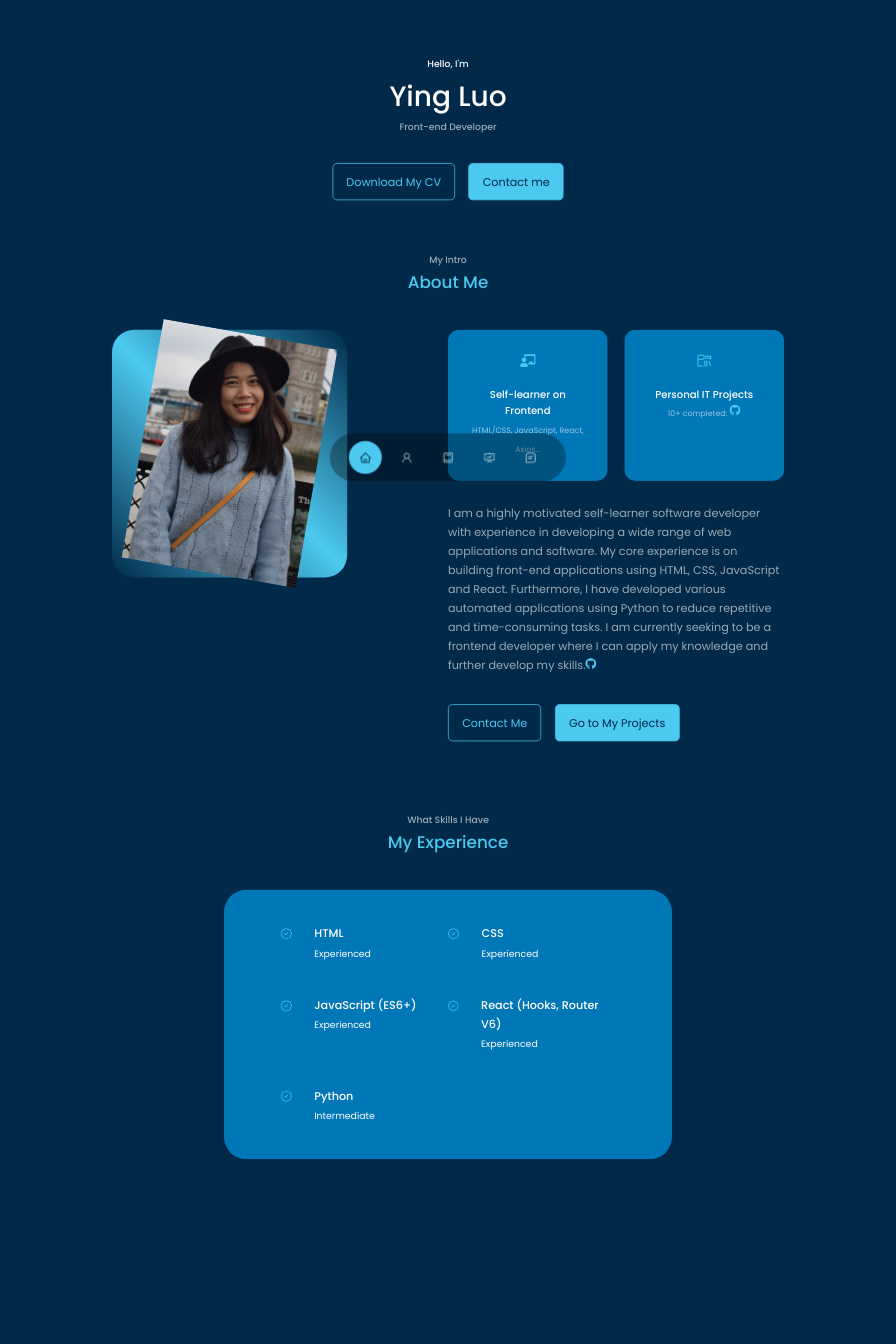
Repository: yingluo1020/react-portfolio-website
Page: /
An editor plug-in stored every save of this project. The page is shown before and after the next save, followed by the edit.
The browser window is 1280 px wide. The pictures show the part of the page from y = 0 to 1920 px (the page is 4241 px tall), at 70% of full size.
The project was rebuilt for these pictures with package versions that can differ from the ones it lists, and the page was loaded fresh each time. Imported but missing from the stored project, and not drawn on this page: src/assets/YingLuo_resume.pdf.

Above is the page before, as saved 2022-03-16 16:16:46.

### src/index.css
@import url('https://fonts.googleapis.com/css2?family=Poppins:wght@300;400;500;600&display=swap');

* {
 margin: 0;
 padding: 0;
 border: 0;
 outline: 0;
 box-sizing: border-box;
 list-style: none;
 text-decoration: none;
}

:root {
    --color-bg:#012a4a;
    --color-bg-variant:#0077b6;
    --color-primary:#4cc9f0;
    --color-primary-variant:rgba(77,181,255,0.4);
    --color-white:#fff;
    --color-light:rgba(255,255,255,0.6);

    --transition:all 400ms ease;

    --container-width-lg:75%;
    --container-width-md:86%;
    --container-width-sm:90%;
}

html {
    scroll-behavior:smooth;
}

::-webkit-scrollbar {
    display: none;
}

body {
    font-family: 'Poppins', sans-serif;
    background: var(--color-bg);
    color:var(--color-white);
    line-height:1.7;
}

/* general styles */
.container {
    width:var(--container-width-lg);
    margin: 0 auto;
}

h1,
h2,
h3,
h4,
h5 {
    font-weight: 500;
}

h1 {
    font-size: 2.5rem;
}

section {
    margin-bottom: 5rem;
    min-height: 100vh;
}

section > h2, section > h5 {
    text-align: center;
    color: var(--color-light);
}

section > h2 {
    color: var(--color-primary);
    margin-bottom: 3rem;
}

.text-light {
    color: var(--color-light);
}

a {
    color: var(--color-primary);
    transition: var(--transition);
}

a:hover {
    color: var(--color-white);
}

.btn {
    width: max-content;
    display: inline-block;
    color: var(--color-primary);
    padding: 0.75rem 1.2rem;
    border-radius:0.4rem;
    cursor: pointer;
    border: 1px solid var(--color-primary);
    transition: var(--transition);
}

.btn:hover{
    background: var(--color-white);
    color: var(--color-bg);
    border-color: transparent;
}

.btn-primary {
    background: var(--color-primary);
    color: var(--color-bg);
}

img{
    display: block;
    width: 100%;
    object-fit: cover;
}

/* media queries(medium devices)*/
@media screen and (max-width:1024px) {
    .container {
        width: var(--container-width-sm);
    }

    section> h2 {
        margin-bottom: 2rem;
    }
}

### src/components/header/Header.js
import React from 'react'
import './header.css';
import CV from '../../assets/YingLuo_resume.pdf'


function Header() {
    return (
        <header>
            <div className="container header_container">
                <h5>Hello, I'm</h5>
                <h1>Ying Luo</h1>
                <h5 className="text-light">Front-end Developer</h5>

                <div className='cta'>
                    <a href={CV} download className='btn'>Download My CV</a>
                    <a href="#contact" className='btn btn-primary'>Contact me</a>
                </div>
            </div>
        </header>
    )
}

export default Header

### src/components/nav/Nav.js
import React, { useState } from 'react'
import './nav.css'
import { AiOutlineHome, } from 'react-icons/ai'
import { AiOutlineUser } from 'react-icons/ai'
import { BiBook } from 'react-icons/bi'
import { AiOutlineFundProjectionScreen } from 'react-icons/ai'
import { BiMessageSquareDetail } from 'react-icons/bi'


function Nav() {
    const [activeNav, setActiveNav] = useState('#')
    return (
        <nav>
            <a href="#" onClick={() => setActiveNav('#')} className={activeNav === '#' ? 'active' : ''}><AiOutlineHome /></a>
            <a href="#about" onClick={() => setActiveNav('#about')} className={activeNav === '#about' ? 'active' : ''}><AiOutlineUser /></a>
            <a href="#experience" onClick={() => setActiveNav('#experience')} className={activeNav === '#experience' ? 'active' : ''}><BiBook /></a>
            <a href="#portfolio" onClick={() => setActiveNav('#services')} className={activeNav === '#services' ? 'active' : ''}><AiOutlineFundProjectionScreen /></a>
            <a href="#contact" onClick={() => setActiveNav('#contact')} className={activeNav === '#contact' ? 'active' : ''}><BiMessageSquareDetail /></a>
        </nav>
    )
}

export default Nav

### src/components/about/About.js
import React from 'react'
import avatar from '../../assets/avatar.JPG'
import { FaChalkboardTeacher } from 'react-icons/fa'
import { VscFolderLibrary } from 'react-icons/vsc'
import { FaGithub } from 'react-icons/fa';
import './about.css';

function About() {
    return (
        <section id='about'>
            <h5>My Intro</h5>
            <h2>About Me</h2>

            <div className="container about_container">
                <div className="about_me">
                    <div className="about_image">
                        <img src={avatar} alt="About Image" />
                    </div>
                </div>

                <div className="about_content">
                    <div className="about_cards">
                        <article className="about_card">
                            <FaChalkboardTeacher className='about_icon' />
                            <h5> Self-learner on Frontend </h5>
                            <small>HTML/CSS, JavaScript, React, Axios...</small>
                        </article>

                        <article className="about_card">
                            <VscFolderLibrary className='about_icon' />
                            <h5>Personal IT Projects </h5>
                            <small>10+ completed:  </small>
                            <a href="https://github.com/yingluo1020" target="_blank"><FaGithub /></a>
                        </article>
                    </div>

                    <p>I am a highly motivated self-learner software developer with experience in developing a wide range of web applications and software. My core experience is on building front-end applications using HTML, CSS, JavaScript and React. Furthermore, I have developed various automated applications using Python to reduce repetitive and time-consuming tasks. I am currently seeking to be a frontend developer where I can apply my knowledge and further develop my skills.
                        <a href="https://github.com/yingluo1020" target="_blank"><FaGithub /></a>
                    </p>
                    <div className="about_btn">
                        <a href="#contact" className="btn btn">Contact Me</a>
                        <a href="#portfolio" target="_blank" className="btn btn-primary">Go to My Projects</a>
                    </div>

                </div>
            </div>
        </section>
    )
}

export default About

### src/components/experience/Experience.js
import React from 'react'
import './experience.css';
import { BsPatchCheck } from 'react-icons/bs'


function Experience() {
    return (
        <section id='experience'>
            <h5>What Skills I Have</h5>
            <h2>My Experience</h2>

            <div className="container experience_container">
                <article className='experience_details'>
                    <BsPatchCheck className='experience_details-icon' />
                    <div>
                        <h4>HTML</h4>
                        <small className='text_light'>Experienced</small>
                    </div>
                </article>

                <article className='experience_details'>
                    <BsPatchCheck className='experience_details-icon' />
                    <div>
                        <h4>CSS</h4>
                        <small className='text_light'>Experienced</small>
                    </div>
                </article>

                <article className='experience_details'>
                    <BsPatchCheck className='experience_details-icon' />
                    <div>
                        <h4>JavaScript (ES6+)</h4>
                        <small className='text_light'>Experienced</small>
                    </div>
                </article>
                <article className='experience_details'>
                    <BsPatchCheck className='experience_details-icon' />
                    <div>
                        <h4>React (Hooks, Router V6) </h4>
                        <small className='text_light'>Experienced</small>
                    </div>
                </article>

                <article className='experience_details'>
                    <BsPatchCheck className='experience_details-icon' />
                    <div>
                        <h4>Python</h4>
                        <small className='text_light'>Intermediate</small>
                    </div>
                </article>
            </div>

        </section>
    )
}

export default Experience

### src/components/contact/Contact.js
import React, { useRef } from 'react'
import './contact.css'
import { MdOutlineEmail } from 'react-icons/md'
import { RiMessengerLine } from 'react-icons/ri'
import { BsWhatsapp } from 'react-icons/bs'
import emailjs from '@emailjs/browser';


function Contact() {
    const form = useRef();

    const sendEmail = (e) => {
        e.preventDefault();

        emailjs.sendForm('service_s6sapzl', 'template_utnko3u', form.current, 'user_Ak4JS85QR5w9GZLqKm3hY')

        alert(`I'll will reply you ASAP :)`)
        e.target.reset()
    };

    return (
        <section id="contact">
            <h5>Get In Touch</h5>
            <h2>Contact Me</h2>

            <div className="container contact_container">
                <div className="contact_options">
                    <article className='contact_option'>
                        <MdOutlineEmail className='contact_option-icon' />
                        <h4>Email</h4>
                        <h5>yingluo1020@gmail.com</h5>
                        <a href="mailto:yingluo1020@gmail.com" target='_blank'>Send a message</a>
                    </article>

                    <article className='contact_option'>
                        <RiMessengerLine className='contact_option-icon' />
                        <h4>Messenger</h4>
                        <h5>Ying Luo</h5>
                        <a href="https://m.me/yng.luo" target='_blank'>Send a message</a>
                    </article>

                    <article className='contact_option'>
                        <BsWhatsapp className='contact_option-icon' />
                        <h4>WhatsApp</h4>
                        <h5>+44 7407171383</h5>
                        <a href="https://api.whatsapp.com/send?phone+447407171383" target='_blank'>Send a message</a>
                    </article>
                </div>
                {/* End of contact options */}
                <form action="" ref={form} onSubmit={sendEmail}>
                    <input type="text" name='name' placeholder='Your Name' required />
                    <input type="email" name='email' placeholder='Your Email' required />
                    <textarea type="text" name='name' placeholder='Your Message' required ></textarea>
                    <button type="submit" className="btn btn-primary">Send a message</button>
                </form>

            </div>
        </section>

    )
}

export default Contact

### src/components/footer/Footer.js
import React from 'react'
import './footer.css'
import { BsLinkedin } from 'react-icons/bs';
import { FaGithub } from 'react-icons/fa';
import { FiDribbble } from 'react-icons/fi';


function Footer() {
    return (
        <footer>
            <a href="https://github.com/yingluo1020" target="_blank" className='footer_logo'><FaGithub /> Ying Luo</a>
            <ul className='permalinks'>
                <li><a href="#">Home</a></li>
                <li><a href="#about">About</a></li>
                <li><a href="#experience">Experience</a></li>
                <li><a href="#portfolio">Portfolio</a></li>
                <li><a href="#contact">Contact</a></li>
            </ul>

            <div className="footer_copyright">
                <small>&copy; All rights reserved by Ying Luo.</small>
            </div>
        </footer>
    )
}

export default Footer

### src/components/header/header.css
header {
    height: 50vh;
    padding-top: 5rem;
    overflow: hidden;
}

.header_container {
    text-align: center;
    height: 100%;
    position: relative;
}

.cta {
    margin: 2.5rem auto;
    display: flex;
    gap:1.2rem;
    justify-content: center;
}

.avatar {
    background: linear-gradient(var(--color-primary),transparent) ;
    width: 22rem;
    height: 30rem;
    position: absolute;
    left: calc(50% - 11rem);
    border-radius: 12rem 12rem 0 0 ;
    overflow: hidden;
    padding: 5rem 1.5rem 1.5rem 1.5rem;
}


/* media queries(medium devices)*/
@media screen and (max-width:1024px) {
    header {
        height: 68vh;
    }
}

/* media queries(small devices)*/
@media screen and (max-width:600px) {
   header {
       height: 100vh;
   }
}

### src/components/nav/nav.css
nav {
    background: rgba(0, 0, 0, 0.3);
    width: max-content;
    display: block;
    padding:0.7rem 1.7rem;
    z-index: 2;
    position: fixed;
    left: 50%;
    transform: translateX(-50%);
    bottom: 2rem;
    display: flex;
    gap: 0.8rem;
    border-radius: 3rem;
    /* backdrop-filter: blur(15px); */
}

nav a {
    background: transparent;
    padding: 0.9rem;
    border-radius:50% ;
    display: flex;
    color: var(--color-light);
    font-size: 1.1rem;
}

nav a:hover{
    background: rgba(0, 0, 0, 0.3);
}

nav a.active {
    background: var(--color-primary);
    color: var(--color-bg);
}

### src/components/about/about.css
.about_container {
    display: grid;
    grid-template-columns: 35% 50%;
    gap: 15%;
}

.about_me{
    width: 100%;
    aspect-ratio: 0.95/1;
    border-radius: 2rem;
    background: linear-gradient(45deg,transparent,var( --color-primary),transparent);
    display: grid;
    place-items: center;
}

.about_image {
    border-radius: 2rem;
    overflow: hidden;
    transform: rotate(10deg);
    transition: var(--transition);
}

.about_image:hover{
    transform: rotate(0);
}

.about_image img {
    width: 75%;
    margin: 0 auto;
}
.about_cards {
    display: grid;
    grid-template-columns: repeat(2,1fr);
    gap: 1.5rem;
}

.about_card {
    background: var(--color-bg-variant);
    border:1px solid transparent ;
    border-radius: 1rem;
    padding: 2rem;
    text-align: center;
    transition: var(--transition);
}

.about_card:hover {
    background:transparent;
    border-color:var(--color-primary-variant) ;
    cursor: default;
}

.about_icon {
    color: var(--color-primary);
    font-size: 1.4rem;
    margin-bottom: 1rem;
}

.about_card h5 {
    font-size: 0.9rem;
}

.about_card small {
    font-size: 0.7rem;
    color: var(--color-light);
}
.about_content{
    height: fit-content;
}
.about_content p {
    margin: 2rem 0 2.6rem;
    color: var(--color-light);
}

.about_content .about_btn {
    display: flex;
    gap:1.2rem;
}

/* media queries(medium devices)*/
@media screen and (max-width:1024px) {
    .about_container {
        grid-template-columns: 1fr ;
        gap:0;
    }

    .about_me{
        width: 50%;
        margin: 2rem auto 4rem;
    }

    .about_content p {
        margin: 1rem 0 1.5rem;
    }
}

/* media queries(small devices)*/
@media screen and (max-width:600px) {
    .about_me{
        width: 65%;
        margin: 0 auto 3rem;
    }

    .about_cards {
        grid-template-columns: 1fr 1fr;
        gap: 1rem;
    }

    .about_content {
        text-align: center;
    }

    .about_content p {
        margin: 1.5rem 0.5rem;
    }
}

### src/components/experience/experience.css

.experience_container{
    width: 50%;
    display: grid;
    grid-template-columns: 1fr 1fr;
    justify-items:  stretch;
    row-gap: 3rem ;
    background: var(--color-bg-variant);
    padding: 3rem 5rem;
    border-radius: 2rem;
    border: 1px solid transparent;
    transition: var(--transition);
}


.experience_container:hover{
    background: transparent;
    border-color: var(--color-primary-variant);
    cursor: default;
}


.experience_details {
    display: flex;
    gap: 2rem;
}

.experience_details-icon{
    margin-top: 6px;
    color: var(--color-primary);
}

/* media queries(medium devices)*/
@media screen and (max-width:1024px) {
    .experience_container  {
        width: 80%;
        padding: 2rem;
        margin: 0 auto;
    }

}

/* media queries(small devices)*/
@media screen and (max-width:600px) {
    .experience_container{
        width: 100%;
        grid-template-columns: 1fr;
        padding: 1rem;
    }

}

### src/components/portfolio/portfolio.css


.portfolio_container{
    display: grid;
    grid-template-columns: repeat(3,1fr);
    gap: 4rem;
    row-gap: 2rem;
}

.portfolio {
    background: var(--color-bg-variant);
    border-radius:0 0 2rem 2rem;
    border: 1px solid transparent;
    transition: var(--transition);
}

.portfolio:hover {
    background: transparent;
    border-color: var(--color-primary-variant);
    transition: var(--transition);
}

.portfolio_head{
    background: var(--color-primary);
    border-radius:0 0 2rem 2rem;
    padding: 1.5rem;
    box-shadow: 0 2rem 1rem rgba(0,0,0,0.1);
}

.portfolio_head h3 {
    text-align: center;
    font-size: 1rem;
    color: var(--color-bg);
}

.portfolio_item-image {
    /* width: 25rem; */
    aspect-ratio: 1/1;
    border-radius: 1.5rem;
    overflow: hidden;
    margin: 2rem;
}

.portfolio_item-image img {
    width: 100%;
    height: 100%;
}

.portfolio_link {
    display: flex;
    justify-content: space-around;
    margin: 2rem;
}


/* media queries(medium devices)*/
@media screen and (max-width:1024px) {
    .portfolio_container{
        grid-template-columns: 1fr 1fr;
        gap: 1.2rem;
    }
}

/* media queries(small devices)*/
@media screen and (max-width:600px) {
    .portfolio_container {
        grid-template-columns: 1fr;
        gap: 1rem;
    }
}

### src/components/contact/contact.css
.contact_container {
    width: 58%;
    display: grid;
    grid-template-columns: 30% 58%;
    gap: 12%;
}

.contact_options {
    display: flex;
    flex-direction: column;
    gap: 1.2rem;
}

.contact_option{
    background: var(--color-bg-variant);
    padding: 1.2rem ;
    border-radius:1.2rem;
    border: 1px solid transparent;
    text-align: center;
    transition: var(--transition);
}

.contact_option:hover{
    background: transparent;
    border-color: var(--color-primary-variant);
}

.contact_option-icon{
    font-size: 1.5rem;
    margin-bottom: 0.5rem;
}

.contact_option a {
    margin-top: 0.7rem;
    display: inline-block;
    font-size: 0.8rem;
}

/* form */
form {
    display: flex;
    flex-direction: column;
    gap: 1.2rem;
}

input, textarea{
    width: 100%;
    padding: 1.5rem ;
    border-radius:0.5rem;
    border: 2px solid var(--color-primary-variant);
    background: transparent;
    resize: none; /* 元素不能被用户缩放。 */
    color: var(--color-white);
}

/* media queries(medium devices)*/
@media screen and (max-width:1024px) {
    .contact_container {
        grid-template-columns: 1fr;
        gap: 2rem;
    }

}

/* media queries(small devices)*/
@media screen and (max-width:600px) {
    .contact_container{
        width: var(--container-width-sm);
    }
}

### src/components/footer/footer.css
footer {
    background: var(--color-primary);
    padding: 2rem 0;
    text-align: center;
    font-size: 0.9rem;
    margin-top: 7rem;
}

footer a {
    color: var(--color-bg);
}

.footer_logo{
    font-size: 2rem;
    font-weight: 500;
    margin-bottom: 2rem;
    display: inline-block;
}

.permalinks{
    display: flex;
    flex-wrap: wrap;
    justify-content: center;
    gap: 2rem;
    margin: 0 auto 3rem;
}

.footer_socials{
    display: flex;
    justify-content: center;
    gap: 1rem;
    margin-bottom: 4rem;
}

.footer_socials a {
    display: flex;
    background: var(--color-bg);
    color: var(--color-white);
    padding: 0.8rem;
    border-radius: 0.7rem;
    border: 1px solid transparent;
    transition: var(--transition);
}

.footer_socials a:hover{
    background: transparent;
    color: var(--color-bg);
    border-color: var(--color-bg);
}

.footer_copyright {
    margin-bottom: 4rem;
    color: var(--color-bg);
}

/* media queries(small devices)*/
@media screen and (max-width:600px) {
    .permalinks{
        flex-direction: column;
        gap: 1.5rem;
    }

    .footer_socials{
        margin-bottom: 2.6rem;
    }
}

Loaded but not shown: public/index.html (common file); src/index.js (common file); src/App.js (common file); src/components/portfolio/Portfolio.js (83 lines, source omitted)

After the next save:
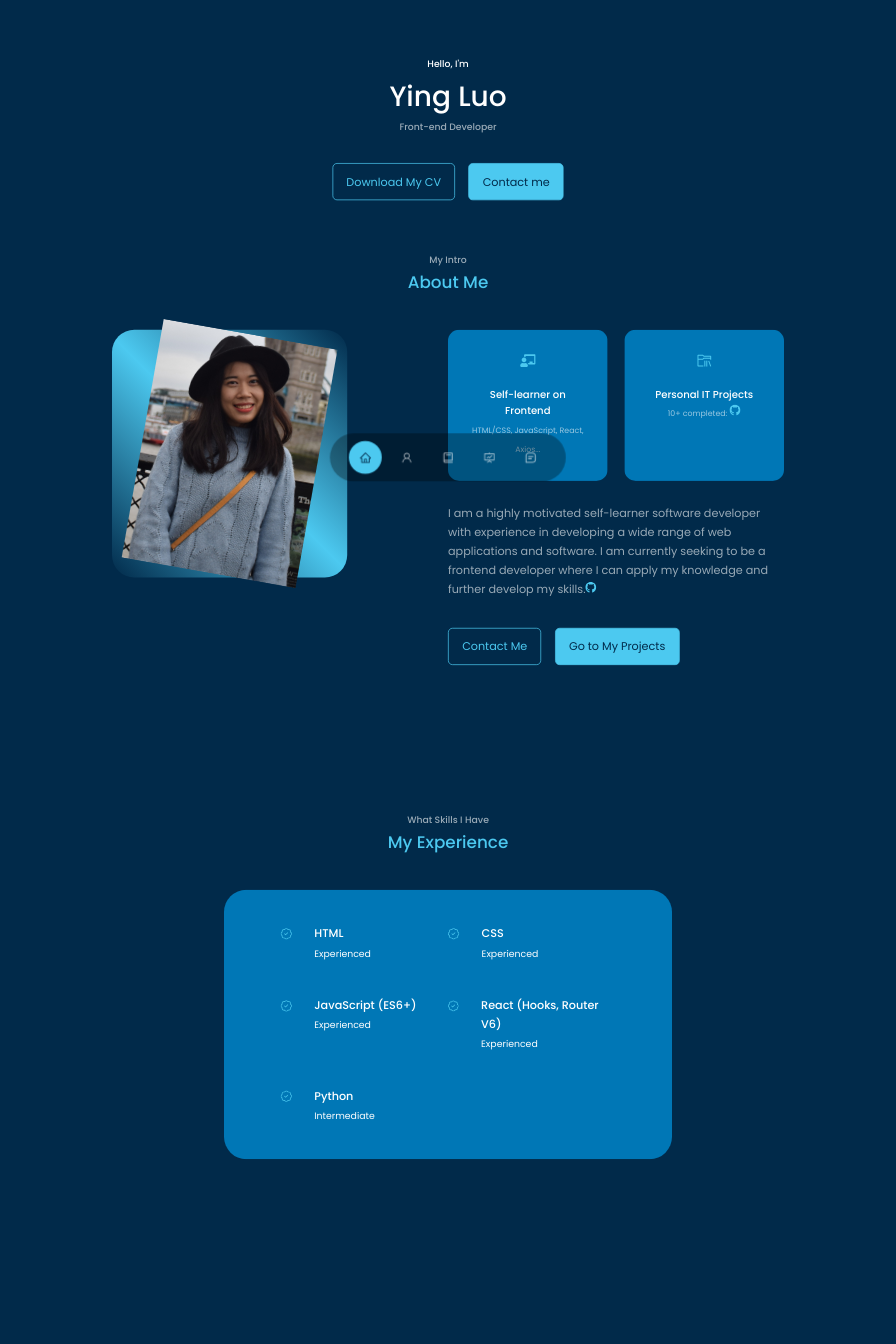
Saved 52 s later.
--- a/src/components/about/About.js
+++ b/src/components/about/About.js
@@ -34,7 +34,7 @@ function About() {
                         </article>
                     </div>
 
-                    <p>I am a highly motivated self-learner software developer with experience in developing a wide range of web applications and software. My core experience is on building front-end applications using HTML, CSS, JavaScript and React. Furthermore, I have developed various automated applications using Python to reduce repetitive and time-consuming tasks. I am currently seeking to be a frontend developer where I can apply my knowledge and further develop my skills.
+                    <p>I am a highly motivated self-learner software developer with experience in developing a wide range of web applications and software. I am currently seeking to be a frontend developer where I can apply my knowledge and further develop my skills.
                         <a href="https://github.com/yingluo1020" target="_blank"><FaGithub /></a>
                     </p>
                     <div className="about_btn">
